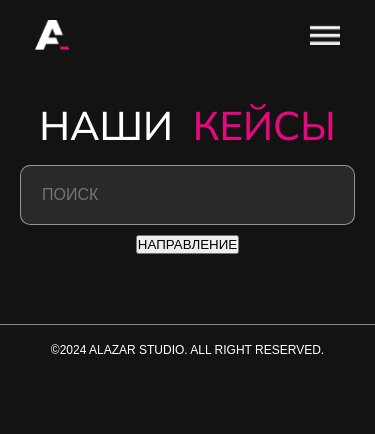
Repository: AlazarStudio/alazar_studio
Page: /cases
These files come from the project's save history. The page is drawn as it stood at one moment and after the next save; the edit follows.
The browser window is 375 px wide. The pictures show the whole page.
The page's requests for data from a server got no answer. The project was rebuilt for these pictures with package versions that can differ from the ones it lists, and the page was loaded fresh each time. No one was signed in, and anything a server would have sent is missing. Also part of the build but not shown: vite.config.js, src/Components/Pages/Non_Found_Page.jsx, src/Components/Standart/CenterBlock/CenterBlock.module.css, src/Components/Standart/CenterBlock/CenterBlock.jsx, src/Components/Standart/WidthBlock/WidthBlock.module.css, src/Components/Standart/WidthBlock/WidthBlock.jsx, src/Components/Pages/HomePage/HomePage.module.css, src/Components/Pages/HomePage/HomePage.jsx and 13 more.

Above is the page before, as saved 2025-05-06 16:44:10.

After the next save:
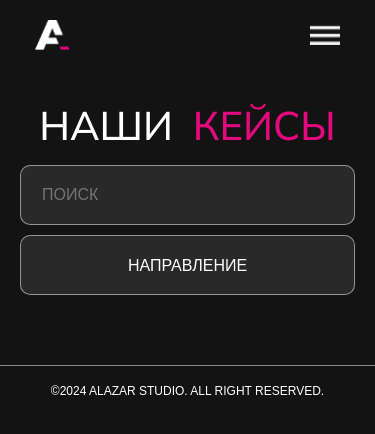
Saved 4 s later.
--- a/src/Components/Pages/CasesPage/CasesPage.module.css
+++ b/src/Components/Pages/CasesPage/CasesPage.module.css
@@ -224,7 +224,7 @@
     margin-bottom: 10px;
   }
 
-  .containerCaseTop игеещт {
+  .containerCaseTop button {
     width: 100%;
     height: 60px;
     border: 1px solid rgba(255, 255, 255, 0.5); /* полупрозрачная белая граница */
